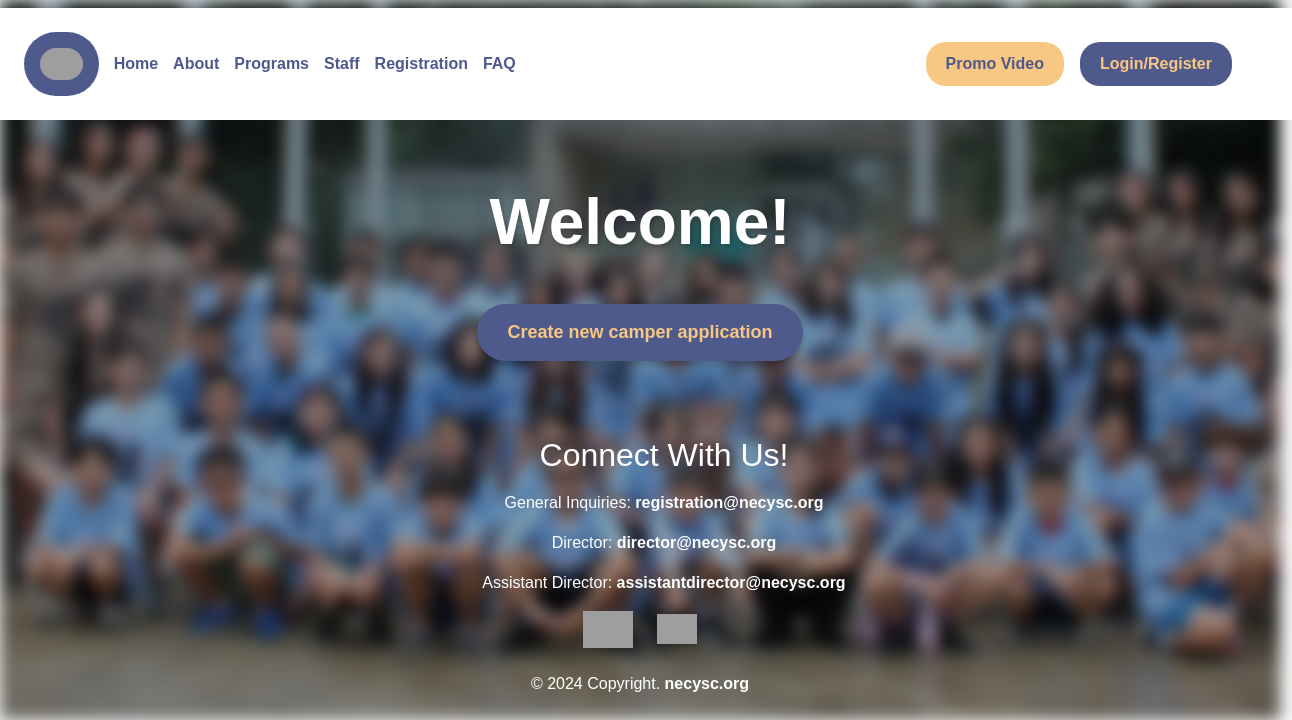
Repository: fullstackatbrown/project-necysc
Page: necysc_app/templates/necysc_app/applicant/index.html
An editor plug-in stored every save of this project. The page is shown before and after the next save, followed by the edit.
The browser window is 1280 px wide. The page is 1292 px wide, so the pictures cover 1292 px, including what lies to the right of the window. The pictures show the whole page.
Pictures or frames that could not be fetched are drawn as grey boxes. Some web fonts or font styles are not loaded; a fallback is used. The template is drawn by Django 5.2. The application's start-up code is not run. The template is opened directly, without the code that normally fills it, so the values that code supplies are empty.

Above is the page before, as saved 2024-12-04 02:02:23.

After the next save:
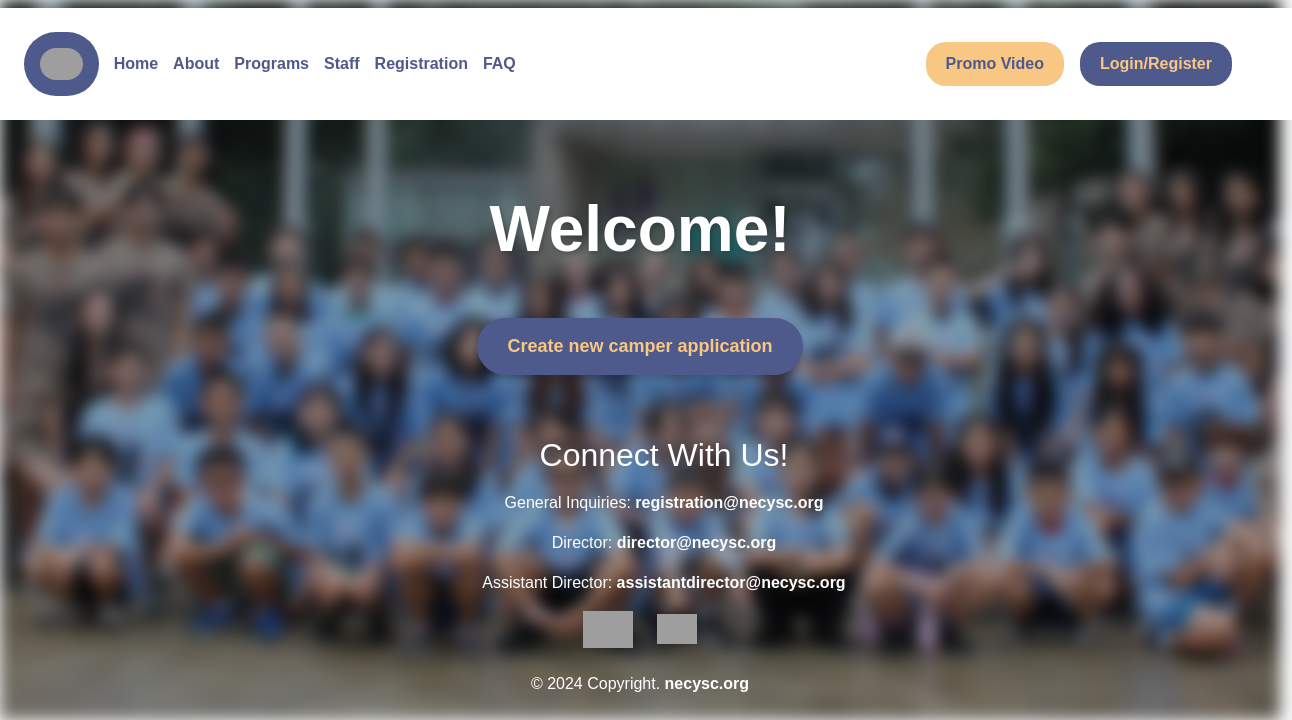
Saved 7 s later.
--- a/necysc_app/templates/necysc_app/applicant/index.html
+++ b/necysc_app/templates/necysc_app/applicant/index.html
@@ -106,7 +106,7 @@
         flex-direction: column; /* 元素垂直排列 */
         justify-content: center; /* 垂直居中 */
         align-items: center; /* 水平居中 */
-        height: 10vh; /* 占页面高度的三分之一 */
+        height: 12vh; /* 占页面高度的三分之一 */
         margin-top: 5vh; /* 页面顶部留空 */
     }
 
